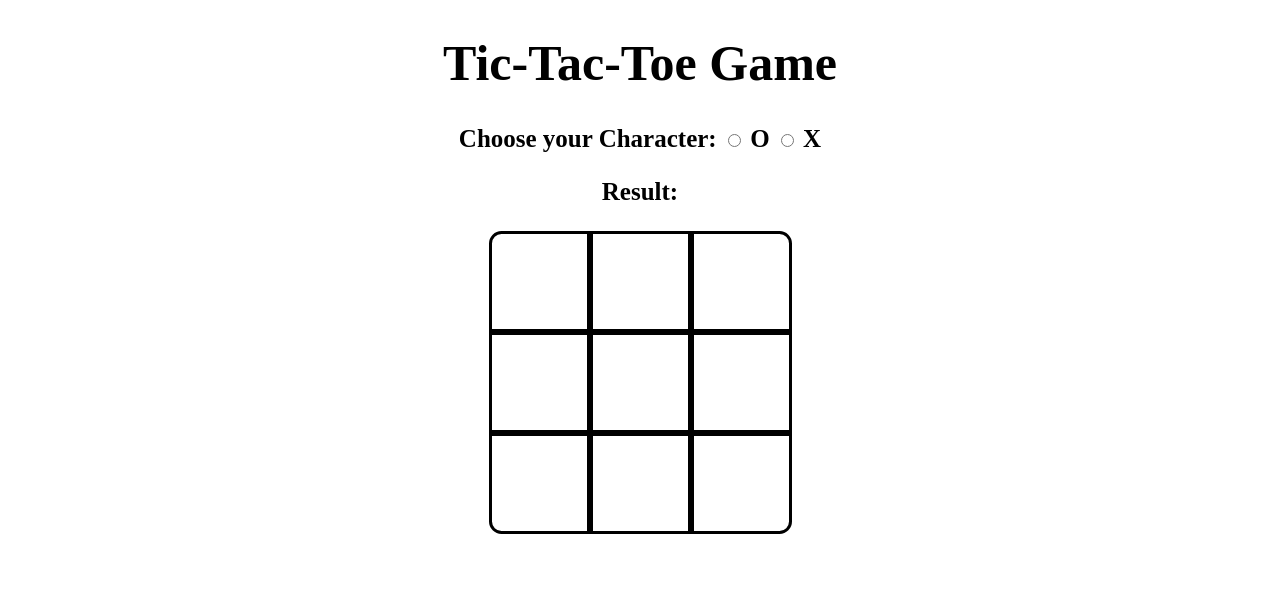
Repository: 0101chaitanya/Tic-Tac-Toe
Page: index.html
These files come from the project's save history. The page is drawn as it stood at one moment and after the next save; the edit follows.
The browser window is 1280 px wide. The pictures show the whole page.

Above is the page before, as saved 2021-06-10 20:34:55.
Console error: SyntaxError: Unexpected token '['

### index.html
<!DOCTYPE html>
<html>

<head>
    <meta charset="utf-8">
    <title>Tic-Tac-Toe Game</title>
    <link rel="stylesheet" href="styles.css">
</head>

<body>

    <h1 id="heading">Tic-Tac-Toe Game</h1>
    <form>
        Choose your Character:
        <input value="O" name="radio" onclick="eventFun.setUser(this)" type="radio">
        <label for="O">O</label>
        <input value="X" name="radio" onclick="eventFun.setUser(this)" type="radio">
        <label for="X">X</label>

    </form>
    <div id="Output">
        <p>Result:</p>
    </div>
    <div id="gameSquare">
        <section id="row1">
            <div id="r1Column1"></div>
            <div id="rlColumn2"></div>
            <div id="rlColumn3"></div>
        </section>
        <section id="row2">
            <div id="r2Column1"></div>
            <div id="r2Column2"></div>
            <div id="r2Column3"></div>
        </section>
        <section id="row3">
            <div id="r3Column1"></div>
            <div id="r3Column2"></div>
            <div id="r3Column3"></div>
        </section>
    </div>
</body>
<script type="text/javascript" src="script.js"></script>

</html>

### styles.css
:root {
    text-align: center;
    font-weight: bold;
}

@media screen and (max-width: 400px) {
     :root {
        font-size: 14px;
    }
}

@media screen and (min-width: 401px) and (max-width: 700px) {
     :root {
        font-size: 18px;
    }
}

@media screen and (min-width: 701px) {
     :root {
        font-size: 25px;
    }
}

label>input {
    color: red;
    border: 1px solid;
}

#gameSquare {
    width: min-content;
    height: min-content;
    display: block;
    margin: auto;
}

#gameSquare>section:nth-child(n) {
    /* border-style: solid;
     */
    width: min-content;
    height: min-content;
    display: flex;
    justify-content: center;
    align-items: center;
}

#gameSquare>section:nth-child(n)>div:nth-child(n) {
    display: block;
    margin: auto;
    width: 3.8rem;
    height: 3.8rem;
    border-style: solid;
    border-width: 0.15rem;
}

#gameSquare>section:nth-child(1)>div:nth-child(1) {
    border-top-left-radius: 0.5rem;
}

#gameSquare>section:nth-child(1)>div:nth-child(3) {
    border-top-right-radius: 0.5rem;
}

#gameSquare>section:nth-child(3)>div:nth-child(1) {
    border-bottom-left-radius: 0.5rem;
}

#gameSquare>section:nth-child(3)>div:nth-child(3) {
    border-bottom-right-radius: 0.5rem;
}

### script.js
'use strict';
let eventFun = (function () {
    let user1Selection, user2Selection, runningCharacter;
    function setUser(given) {
        console.log(given.value);
        localStorage.setItem('user1Selection', given.value);
        document.querySelector(`form`).submit();
    }
    user1Selection = localStorage.getItem('user1Selection');
    user2Selection = (user1Selection != null) ? ((user1Selection === 'X') ? 'O' : 'X') : null;
    runningCharacter = user1Selection;
    let array = Array.from(document.getElementById('gameSquare').querySelectorAll('div'));
    function switchRunChar() {
        runningCharacter = (runningCharacter === "O") ? "X" : "O";
    };
    let setOutput = function (a) {
        a.target.textContent = runningCharacter;
        a.target.removeEventListener('click', e => setOutput(e));
        switchRunChar();
    };
    array.forEach((item) => {
        item.addEventListener('click', e => setOutput(e), { once: true });
    });
    let stack = 0;
    let a1 = [0, 1, 2];
    checkWin(...a1);//...a1
    function checkWin(x, y, z) {
        //  let checkBox = "";
        return { array[x].textContent + array[y].textContent + array[z].textContent };
        console.log(`${checkBox} won`);

        if (checkBox === 'XXX' || checkBox === 'OOO') {
        }
    }

    return { checkWin, user1Selection, user2Selection, array, setOutput };
})();

console.log(eventFun.checkWin());

After the next save:
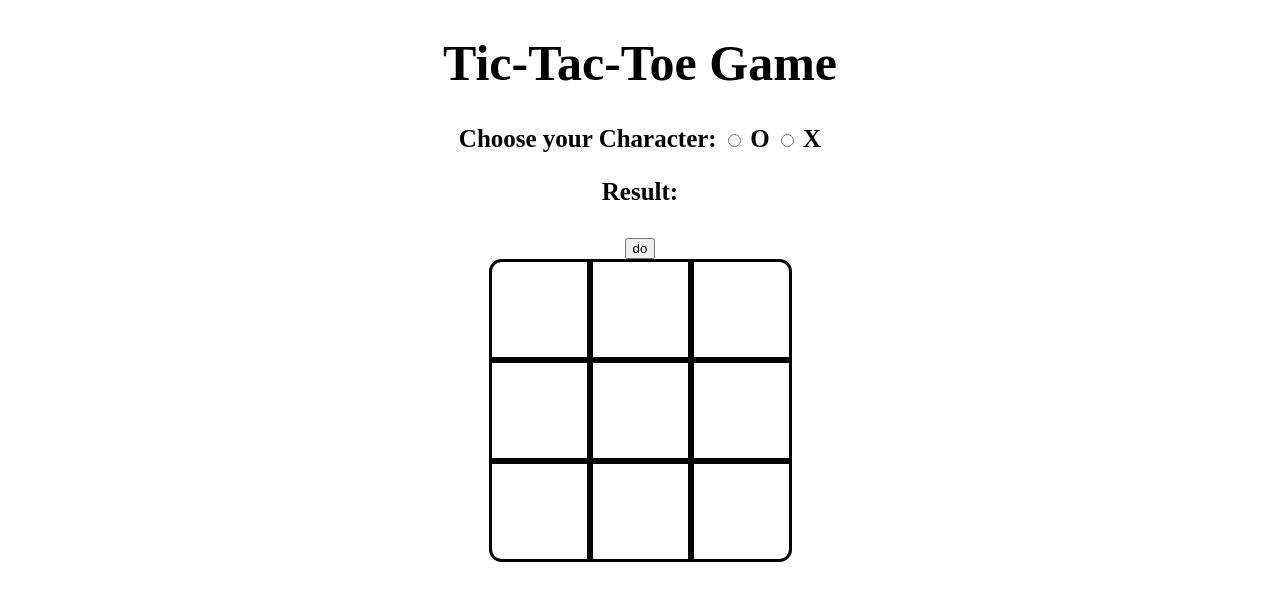
Saved 2 min 13 s later.
--- a/index.html
+++ b/index.html
@@ -21,6 +21,7 @@
     <div id="Output">
         <p>Result:</p>
     </div>
+    <button id='do'>do</button>
     <div id="gameSquare">
         <section id="row1">
             <div id="r1Column1"></div>
